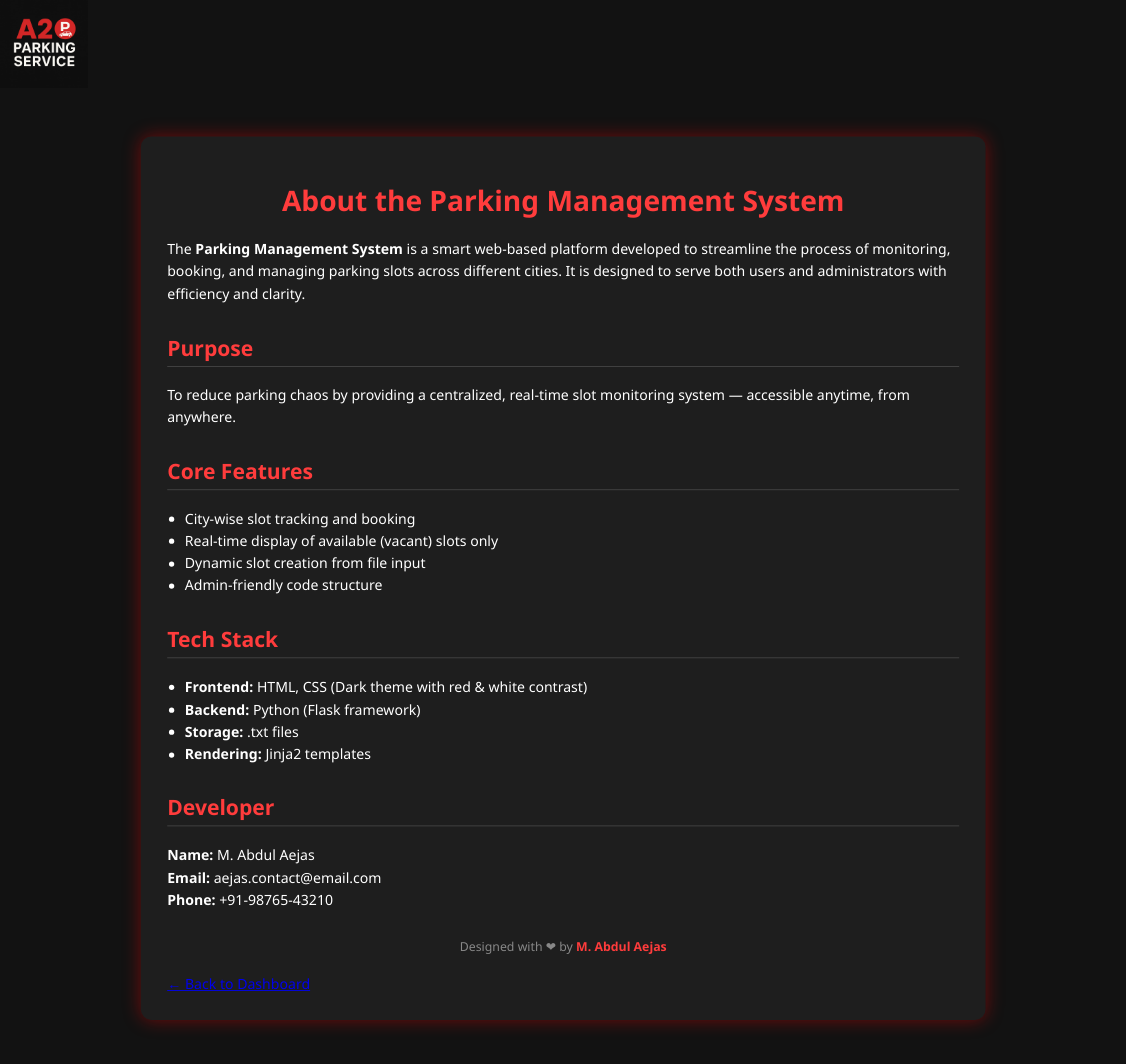
Repository: ABDULAEJAS/23f2005322-ds.study.iitm.ac.in
Page: http://localhost/about
An editor plug-in stored every save of this project. The page is shown before and after the next save, followed by the edit.
The browser window is 1280 px wide. The pictures show the whole page, at 88% of full size.
The page is served by the project's application, run on Flask 3 (app.py). The session is filled in as if someone had signed in: {"email": "test@example.com", "name": "Admin", "city": 1, "vehicle": 1, "slot": 1, "start": 1, "end": 1}.

Above is the page before, as saved 2025-07-14 21:42:21.

After the next save:
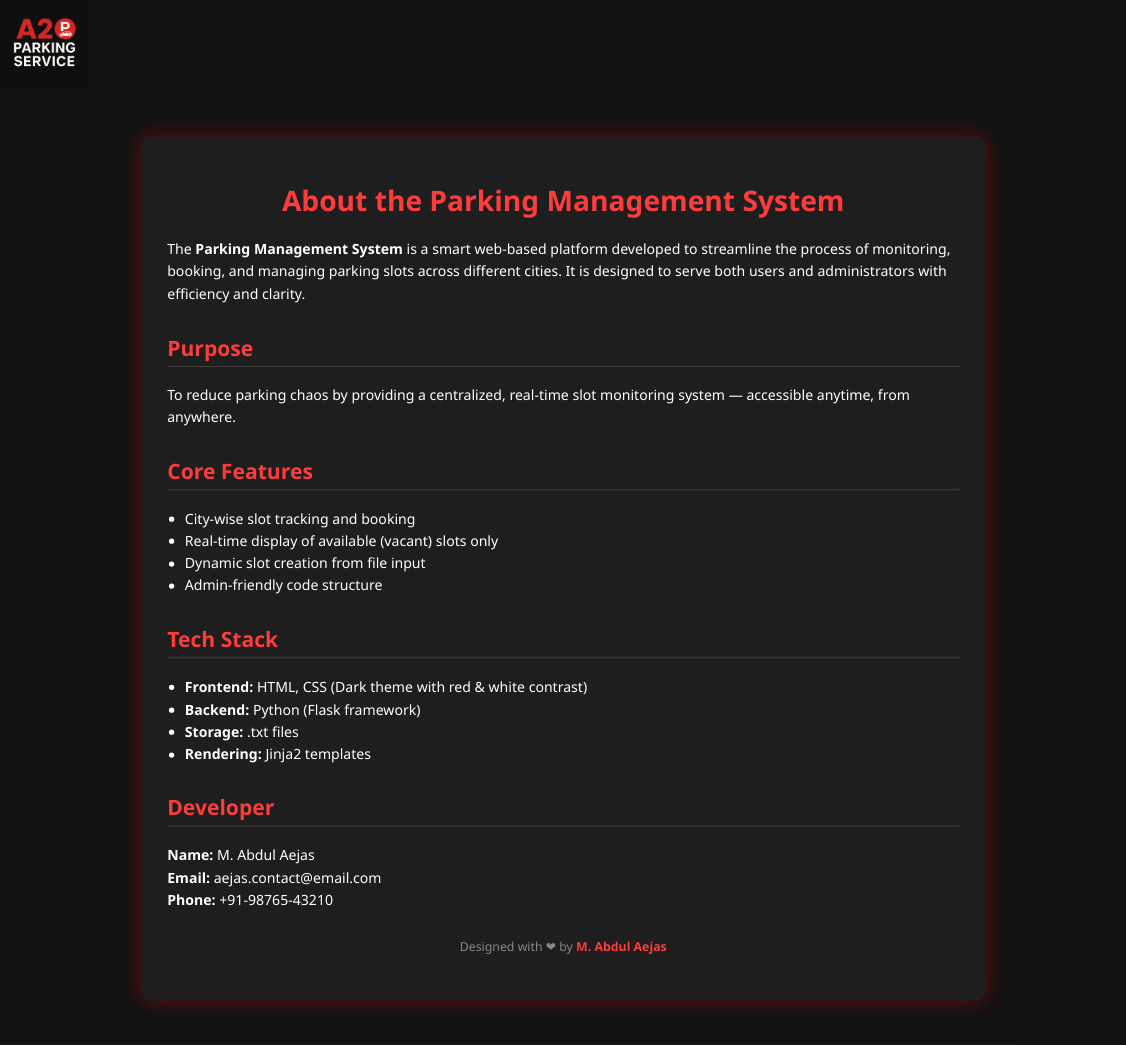
Saved 20 s later.
--- a/templates/about.html
+++ b/templates/about.html
@@ -88,7 +88,7 @@
 
     </div>
     <br>
-    <a href="/user">← Back to Dashboard</a>
+
 
 
 </body>
